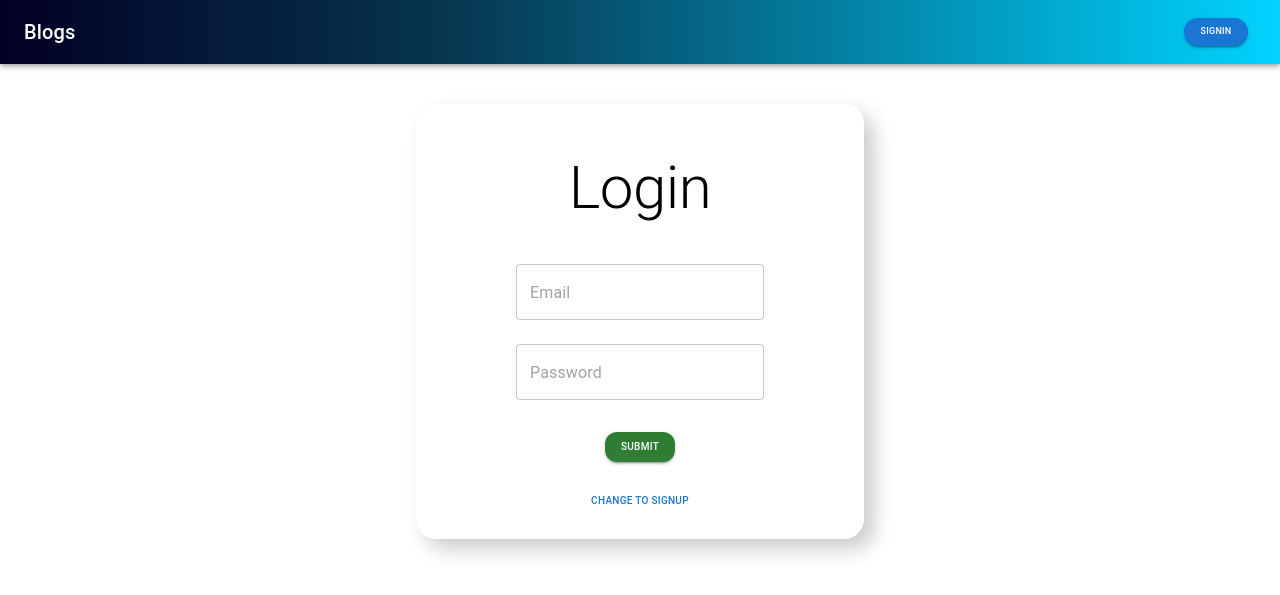
Repository: LolaSL/myBlogs
Page: /auth (app in frontend/)
The author's editor kept a copy of each file at every save. The page is drawn from the files as they stood at one save, then again after the next save.
The browser window is 1280 px wide. The pictures show the whole page.
The project was rebuilt for these pictures with package versions that can differ from the ones it lists, and the page was loaded fresh each time. Also part of the build but not shown: frontend/src/components/Blog.jsx, frontend/src/components/Blogs.jsx, frontend/src/components/UserBlog.jsx, frontend/src/components/BlogDetails.jsx, frontend/src/components/AddBlog.jsx, frontend/src/pages/HotelTips.jsx, frontend/src/pages/TouristTips.jsx, frontend/src/pages/Journey.jsx and 7 more. Imported but missing from the stored project, and not drawn on this page: frontend/src/components/videos/video.webm.

Above is the page before, as saved 2024-04-11 15:57:02.

After the next save:
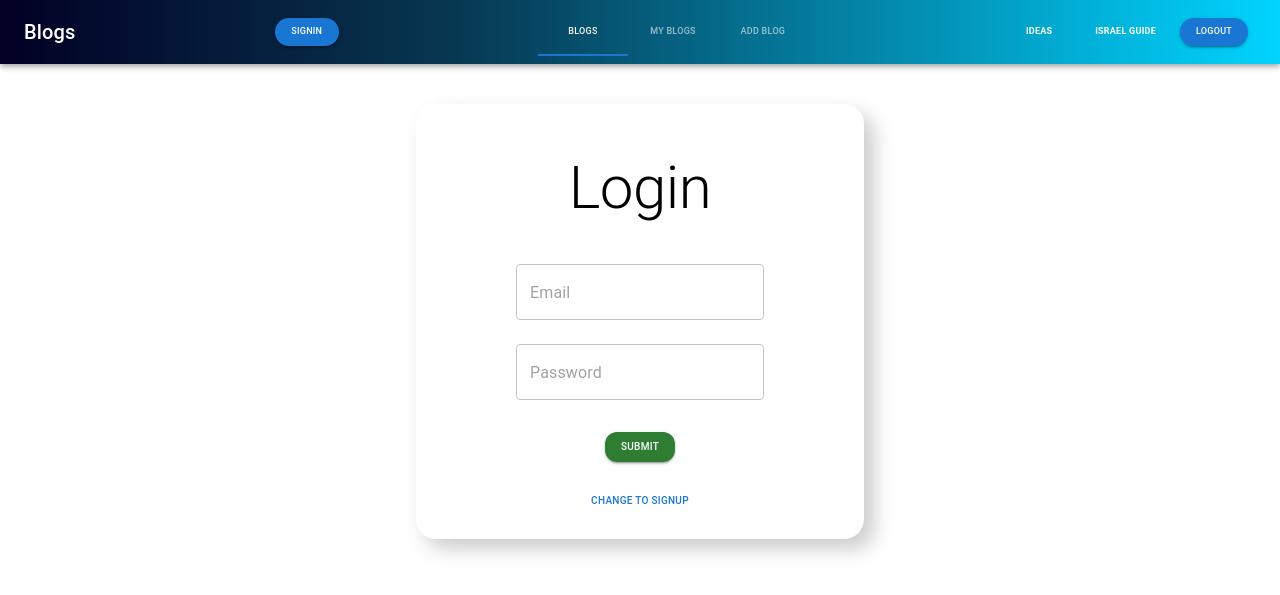
Saved 2 days later.
--- a/frontend/src/components/Header.jsx
+++ b/frontend/src/components/Header.jsx
@@ -76,7 +76,7 @@ const Header = () => {
             </Button>
           </Box>
         )}
-        {isLoggedIn && (
+        {!isLoggedIn && (
           <>
             <Box
               fontSize="9px"
